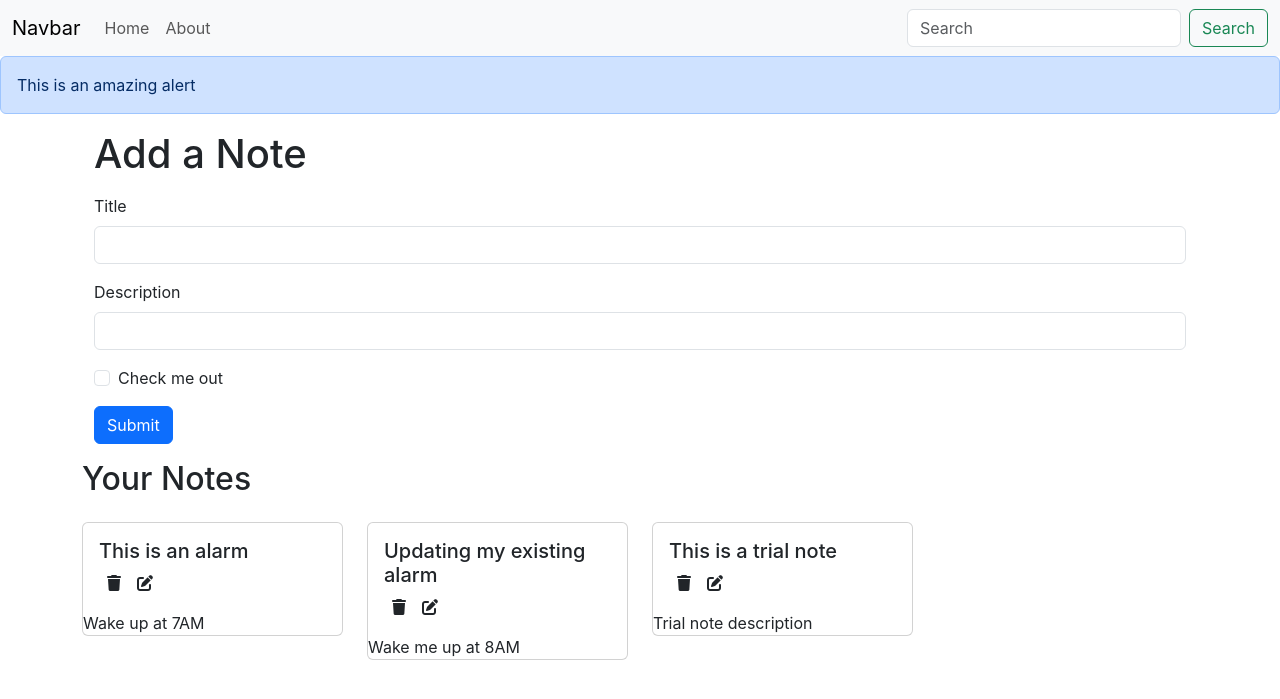
Repository: bhaveshdaipuria/inotebook
Page: /home
These files come from the project's save history. The page is drawn as it stood at one moment and after the next save; the edit follows.
The browser window is 1280 px wide. The pictures show the whole page.
Some web libraries are served in a nearby version. The project was rebuilt for these pictures with package versions that can differ from the ones it lists, and the page was loaded fresh each time. Also part of the build but not shown: src/App.css, src/components/About.js.

Above is the page before, as saved 2023-05-03 17:21:49.

After the next save:
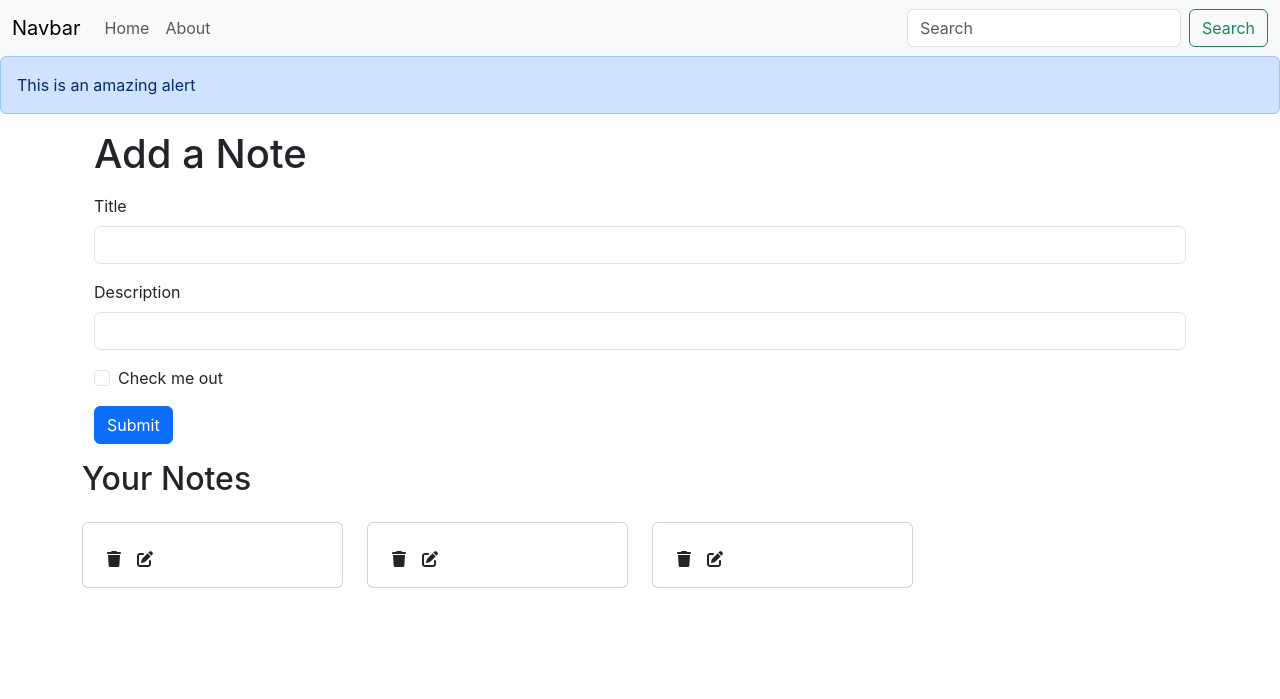
Saved 21 min 33 s later.
--- a/src/components/NoteItem.js
+++ b/src/components/NoteItem.js
@@ -1,19 +1,18 @@
 import React, { useContext } from 'react';
 import noteContext from '../context/notes/noteContext';
 
-function NoteItem(props) {
+function NoteItem({title, description, tag}) {
     const context = useContext(noteContext);
-    const {deleteNote} = context;
-    const {note} = props
+    const {deleteNote, notes} = context;
   return (
     <div className='col-sm-3'>
     <div className='card my-3'>
         <div className='card-body'>
-            <h5 className='card-title'>{note.title}</h5>
-            <i className="fa-sharp fa-solid fa-trash mx-2" onClick={()=>{deleteNote(note._id)}}></i>
+            <h5 className='card-title'>{title}</h5>
+            <i className="fa-sharp fa-solid fa-trash mx-2" onClick={()=>{deleteNote(notes._id)}}></i>
             <i className="fa-solid fa-pen-to-square mx-2"></i>
         </div>
-        <p className='card-text'>{note.description}</p>
+        <p className='card-text'>{description}</p>
     </div>
     </div>
   )

After the save that followed:
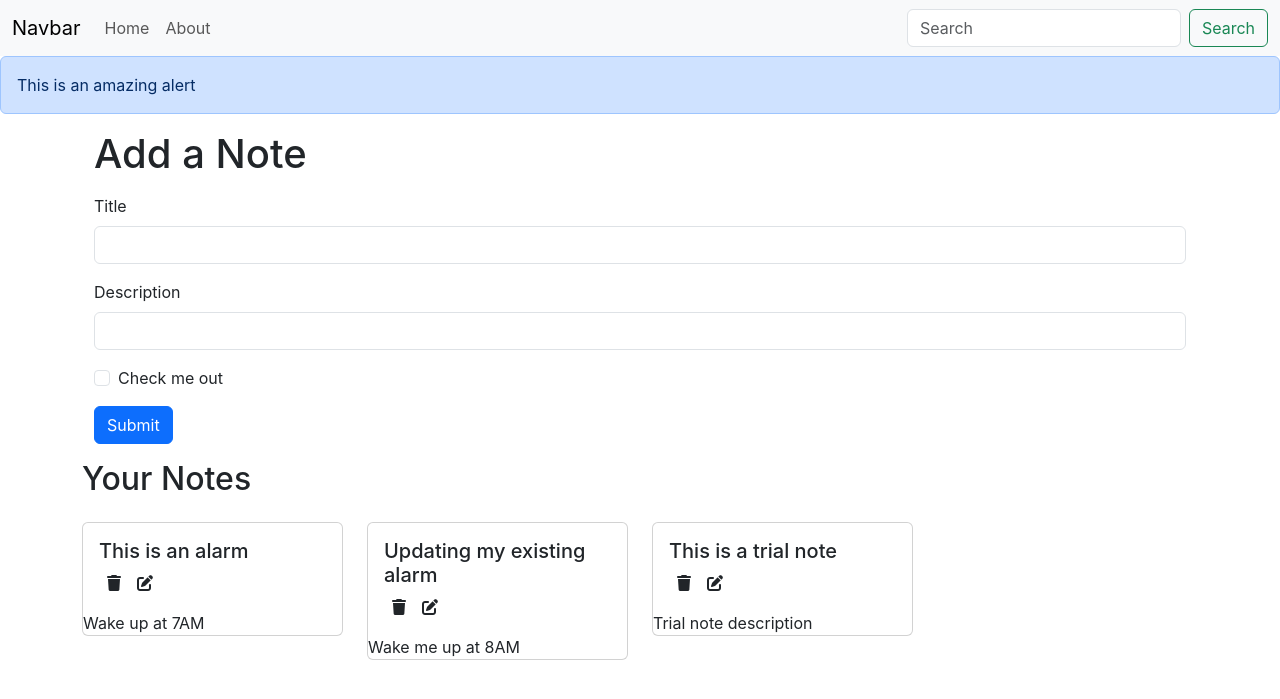
Saved 51 s later.
--- a/src/components/Notes.js
+++ b/src/components/Notes.js
@@ -12,7 +12,7 @@ function Notes() {
     <div className="row my-3">
       <h2>Your Notes</h2>
       {notes.map((note) => {
-        return <NoteItem note = {note}/>;
+        return <NoteItem title={note.title} description={note.description}/>;
       })}
     </div>
     </>
